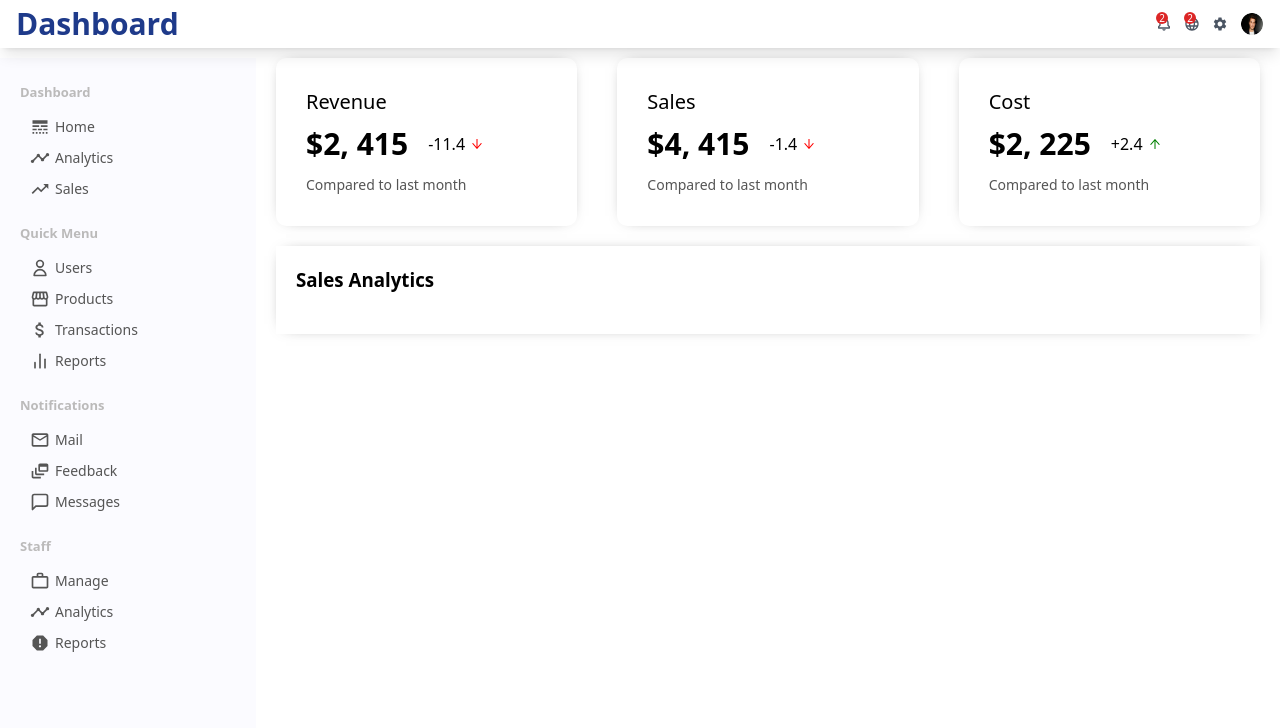
Repository: nation430/React-AdminDashboard
Page: /
The author's editor kept a copy of each file at every save. The page is drawn from the files as they stood at one save, then again after the next save.
The browser window is 1280 px wide. The pictures show the whole page.
The project was rebuilt for these pictures with package versions that can differ from the ones it lists, and the page was loaded fresh each time.

Above is the page before, as saved 2022-08-18 15:48:26.

After the next save:
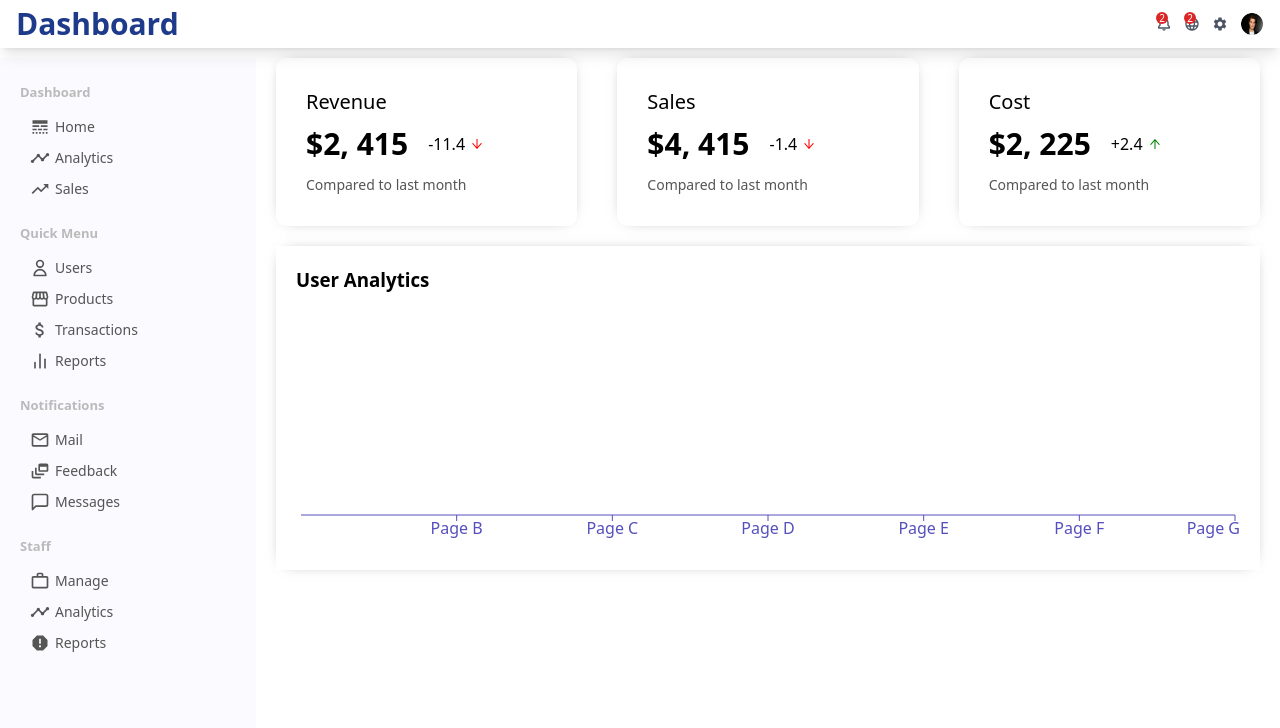
Saved 6 min 57 s later.
--- a/src/chart/Chart.jsx
+++ b/src/chart/Chart.jsx
@@ -52,7 +52,13 @@ export default function Chart(){
 
     return(
         <div className="chart p-5 m-5">
-            <h3 className="chartfile mb-5">Sales Analytics</h3>
+            <h3 className="chartfile mb-5">User Analytics</h3>
+            <ResponsiveContainer width="100%" aspect={4 / 1}>
+        <LineChart data={data}>
+          <XAxis dataKey="name" stroke="#5550bd" />
+          <Line type="monotone" dataKey="Active User" />
+        </LineChart>
+      </ResponsiveContainer>
         </div>
     )
 }
